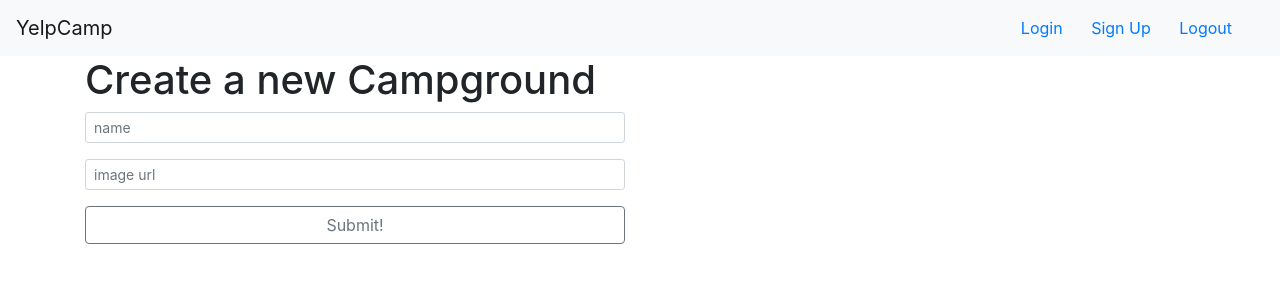
Repository: manojsatya/YelpCamp
Page: http://localhost/campgrounds/new
An editor plug-in stored every save of this project. The page is shown before and after the next save, followed by the edit.
The browser window is 1280 px wide. The pictures show the whole page.
The page is served by the project's Node server (app.js).

Above is the page before, as saved 2019-06-14 18:10:38.
Console error: TypeError: Cannot read properties of undefined (reading 'fn')

### views/new.ejs
<% include partials/header %>


<div class="container">
    <div class="row">
        <div class="col-md-3 col-lg-6">
            <h1>Create a new Campground</h1>
            <form action="/campgrounds" method="POST">
                <div class="form-group">
                    <input class="form-control form-control-sm" type="text" name="name" id="" placeholder="name">
                </div>
                <div class="form-group">
                    <input class="form-control form-control-sm" type="text" name="image" id="" placeholder="image url">
                </div>
                <div class="form-group">
                    <button class="btn btn-outline-secondary btn-block"> Submit!</button>
                </div>
            </form>
        </div>
    </div>
</div>

<% include partials/footer %>

### views/partials/header.ejs
<!DOCTYPE html>
<html lang="en">
<head>
    <meta charset="UTF-8">
    <meta name="viewport" content="width=device-width, initial-scale=1.0">
    <meta http-equiv="X-UA-Compatible" content="ie=edge">
    <title>YelpCamp</title>
    <link rel="stylesheet" href="https://stackpath.bootstrapcdn.com/bootstrap/4.3.1/css/bootstrap.min.css">
</head>
<body>
        <nav class="navbar navbar-light bg-light">
                <a class = "navbar-brand" href="">YelpCamp</a>
                <div class="navbar-right mr-sm-2">
                    <a class = "mr-sm-4" href="">Login</a>
                    <a class = "mr-sm-4" href="">Sign Up</a>
                    <a class = "mr-sm-4" href="">Logout</a>
                </div>

            </nav>

        <script src="https://stackpath.bootstrapcdn.com/bootstrap/4.3.1/js/bootstrap.min.js"></script>

### app.js
var express = require("express");
var app = express();
var bodyParser = require("body-parser");

app.use(bodyParser.urlencoded({extended: true}));
app.set("view engine", "ejs");

var campgrounds = [
    {name: "Manoj Satya", image: "https://static.rootsrated.com/image/upload/s--_i1nqUT1--/t_rr_large_traditional/oy9xsbijv8wehnrzv0zt.jpg"},
    {name: "Shradha Shiv", image: "https://encrypted-tbn0.gstatic.com/images?q=tbn:ANd9GcQ5b9dOfcfle_RwfdPS21qwfn5kcQ_BfHuL4uoVApARc1INLCfp"},
    {name: "Meghana", image: "http://hudsonshope.ca/wp-content/uploads/2016/10/Inflatable-Boat.jpg"},
    {name: "Manoj Satya", image: "https://static.rootsrated.com/image/upload/s--_i1nqUT1--/t_rr_large_traditional/oy9xsbijv8wehnrzv0zt.jpg"},
    {name: "Shradha Shiv", image: "https://encrypted-tbn0.gstatic.com/images?q=tbn:ANd9GcQ5b9dOfcfle_RwfdPS21qwfn5kcQ_BfHuL4uoVApARc1INLCfp"},
    {name: "Meghana", image: "http://hudsonshope.ca/wp-content/uploads/2016/10/Inflatable-Boat.jpg"},
    {name: "Manoj Satya", image: "https://static.rootsrated.com/image/upload/s--_i1nqUT1--/t_rr_large_traditional/oy9xsbijv8wehnrzv0zt.jpg"},
    {name: "Shradha Shiv", image: "https://encrypted-tbn0.gstatic.com/images?q=tbn:ANd9GcQ5b9dOfcfle_RwfdPS21qwfn5kcQ_BfHuL4uoVApARc1INLCfp"},
    {name: "Meghana", image: "http://hudsonshope.ca/wp-content/uploads/2016/10/Inflatable-Boat.jpg"},
    {name: "Manoj Satya", image: "https://static.rootsrated.com/image/upload/s--_i1nqUT1--/t_rr_large_traditional/oy9xsbijv8wehnrzv0zt.jpg"},
    {name: "Shradha Shiv", image: "https://encrypted-tbn0.gstatic.com/images?q=tbn:ANd9GcQ5b9dOfcfle_RwfdPS21qwfn5kcQ_BfHuL4uoVApARc1INLCfp"},
    {name: "Meghana", image: "http://hudsonshope.ca/wp-content/uploads/2016/10/Inflatable-Boat.jpg"}
]

app.get("/", function(req, res){
    res.render("landing");
});

app.get("/campgrounds", function(req, res){
    res.render("campgrounds",{campgrounds:campgrounds});
});

app.post("/campgrounds", function(req, res){
    //get data from form and add to campground array
    var name = req.body.name;
    var image = req.body.image;
    var newCampground = {name: name, image: image};
    campgrounds.push(newCampground);
    //redirect back to campgrounds page
    res.redirect("/campgrounds");
});

app.get("/campgrounds/new", function(req, res){
    res.render("new.ejs");
});


app.listen(3000, function(){
    console.log("The YelpCamp Server has started");
});

Loaded but not shown: views/partials/footer.ejs (no stored copy; drawn as an empty file)

After the next save:
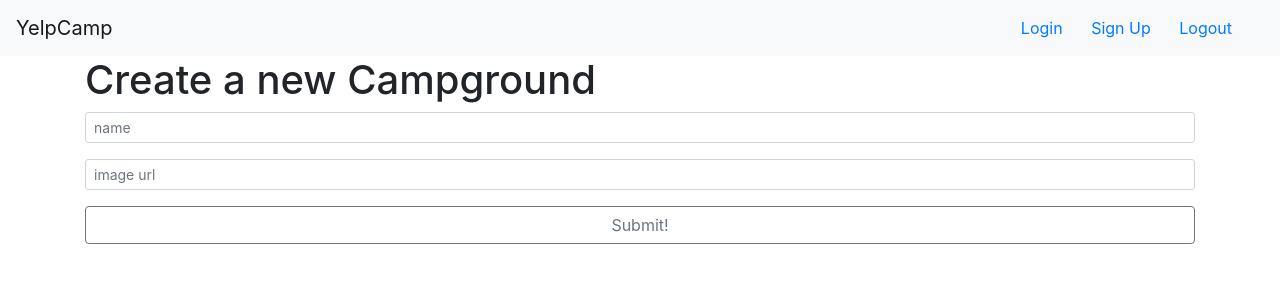
Saved 32 s later.
--- a/views/new.ejs
+++ b/views/new.ejs
@@ -3,7 +3,7 @@
 
 <div class="container">
     <div class="row">
-        <div class="col-md-3 col-lg-6">
+        <div class="col-md-3 col-lg-12">
             <h1>Create a new Campground</h1>
             <form action="/campgrounds" method="POST">
                 <div class="form-group">

After the save that followed:
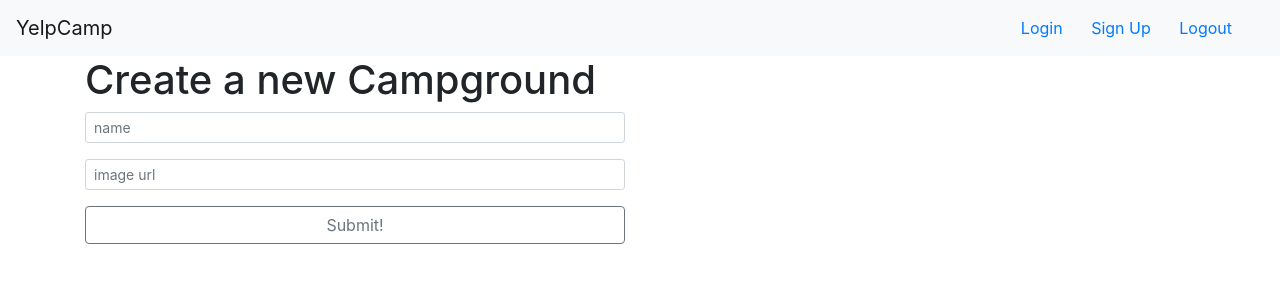
Saved 5 min 2 s later.
--- a/views/new.ejs
+++ b/views/new.ejs
@@ -1,9 +1,9 @@
 <% include partials/header %>
 
 
-<div class="container">
+<div class="container justify-content-center">
     <div class="row">
-        <div class="col-md-3 col-lg-12">
+        <div class="col-md-3 col-lg-6">
             <h1>Create a new Campground</h1>
             <form action="/campgrounds" method="POST">
                 <div class="form-group">
